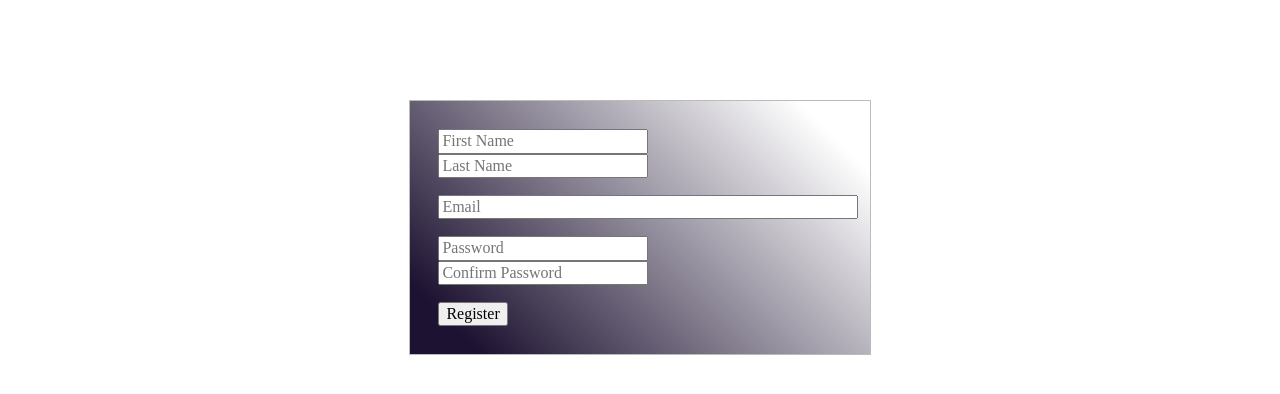
Repository: AMAmine89/vanilla-projects
Page: formo/index.html
An editor plug-in stored every save of this project. The page is shown before and after the next save, followed by the edit.
The browser window is 1280 px wide. The pictures show the whole page.

Above is the page before, as saved 2021-05-05 04:29:50.

After the next save:
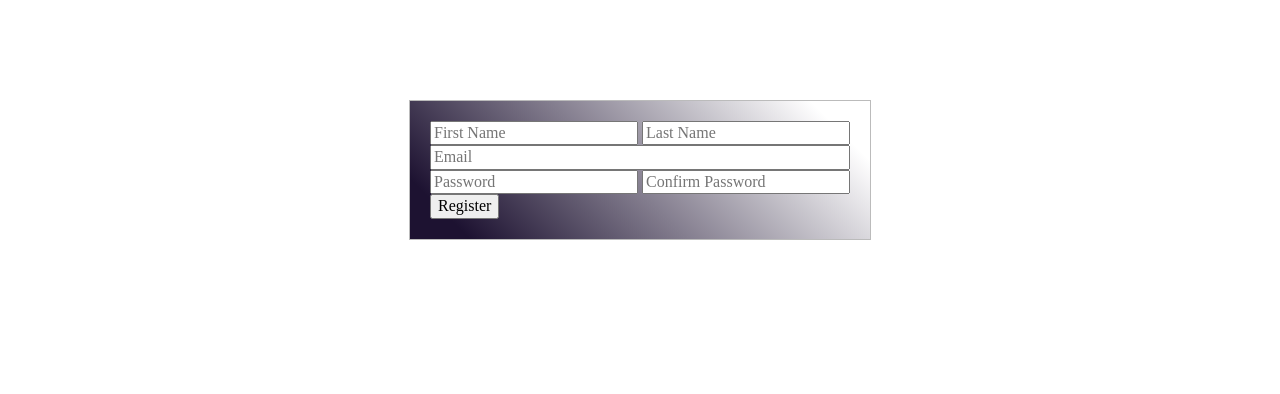
Saved 20 s later.
--- a/formo/style.css
+++ b/formo/style.css
@@ -16,13 +16,11 @@
 }
 
 div {
-    width: 100%;
-    padding: 2%;
+
 }
 
 .double-block input {
-    width: 48%;
-    margin: 0;
+
 }
 
 input[type="email"] {
